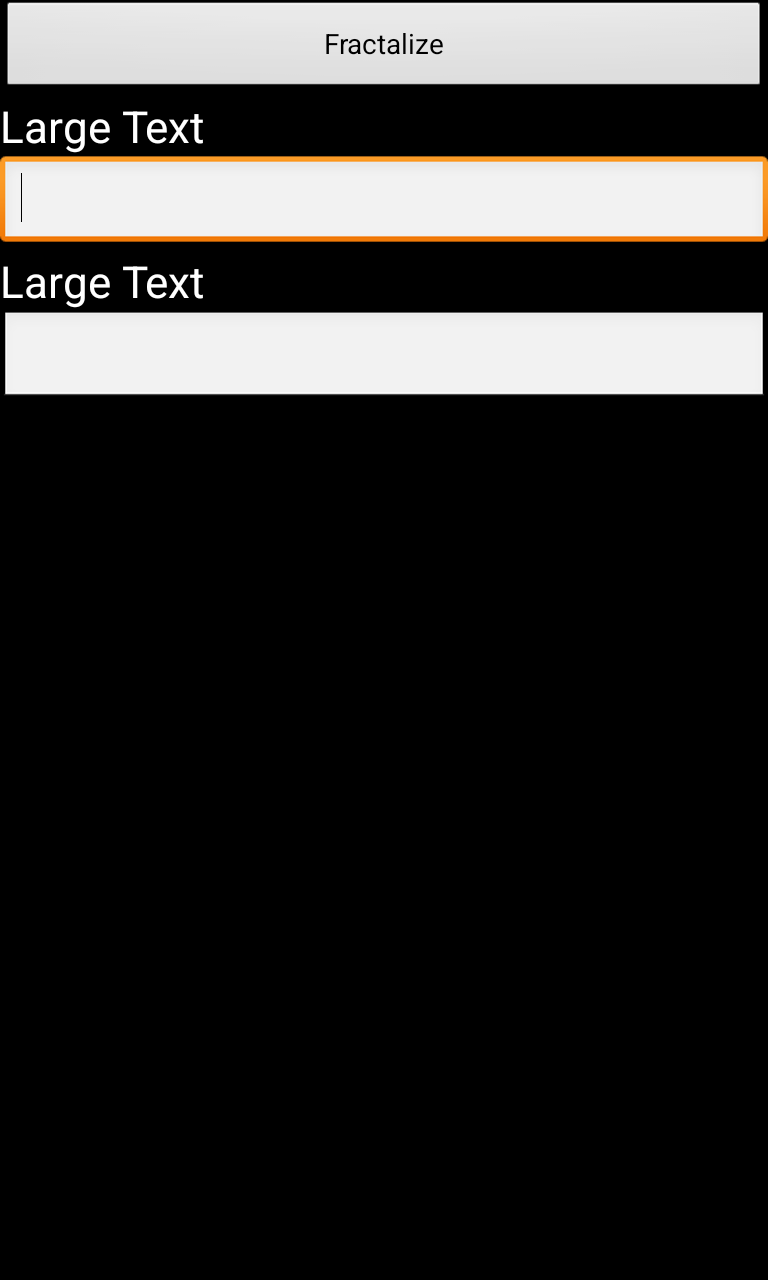
Repository: bobboau/INFO1-CE9705
Layout: mandelbrot/res/layout/main.xml
The author's editor kept a copy of each file at every save. The layout is drawn from the files as they stood at one save, then again after the next save.
It is drawn on a 768 x 1280 px phone screen (xhdpi) without system bars, with theme android:Theme; the app's code is not run.

Above is the layout before, as saved 2011-11-08 08:39:30.

### mandelbrot/res/layout/main.xml
<?xml version="1.0" encoding="utf-8"?>
<LinearLayout xmlns:android="http://schemas.android.com/apk/res/android"
    android:id="@+id/main_layout"
    android:layout_width="fill_parent"
    android:layout_height="fill_parent"
    android:orientation="vertical" >

    <LinearLayout
        android:id="@+id/linearLayout1"
        android:layout_width="fill_parent"
        android:layout_height="wrap_content"
        android:orientation="vertical" >

        <Button
            android:id="@+id/button1"
            android:layout_width="fill_parent"
            android:layout_height="wrap_content"
            android:text="@string/button_text" />

        <TextView
            android:id="@+id/textView1"
            android:layout_width="wrap_content"
            android:layout_height="wrap_content"
            android:text="Large Text"
            android:textAppearance="?android:attr/textAppearanceLarge" />

        <EditText
            android:id="@+id/editText1"
            android:layout_width="fill_parent"
            android:layout_height="wrap_content"
            android:inputType="number" >

            <requestFocus />
        </EditText>

        <TextView
            android:id="@+id/textView2"
            android:layout_width="wrap_content"
            android:layout_height="wrap_content"
            android:text="Large Text"
            android:textAppearance="?android:attr/textAppearanceLarge" />

        <EditText
            android:id="@+id/editText2"
            android:layout_width="fill_parent"
            android:layout_height="wrap_content"
            android:inputType="number" />

    </LinearLayout>

</LinearLayout>

### mandelbrot/res/values/strings.xml
<?xml version="1.0" encoding="utf-8"?>
<resources>
    <string name="app_name">Mandelbrot</string>
    <string name="button_text">Fractalize</string>
</resources>

After the next save:
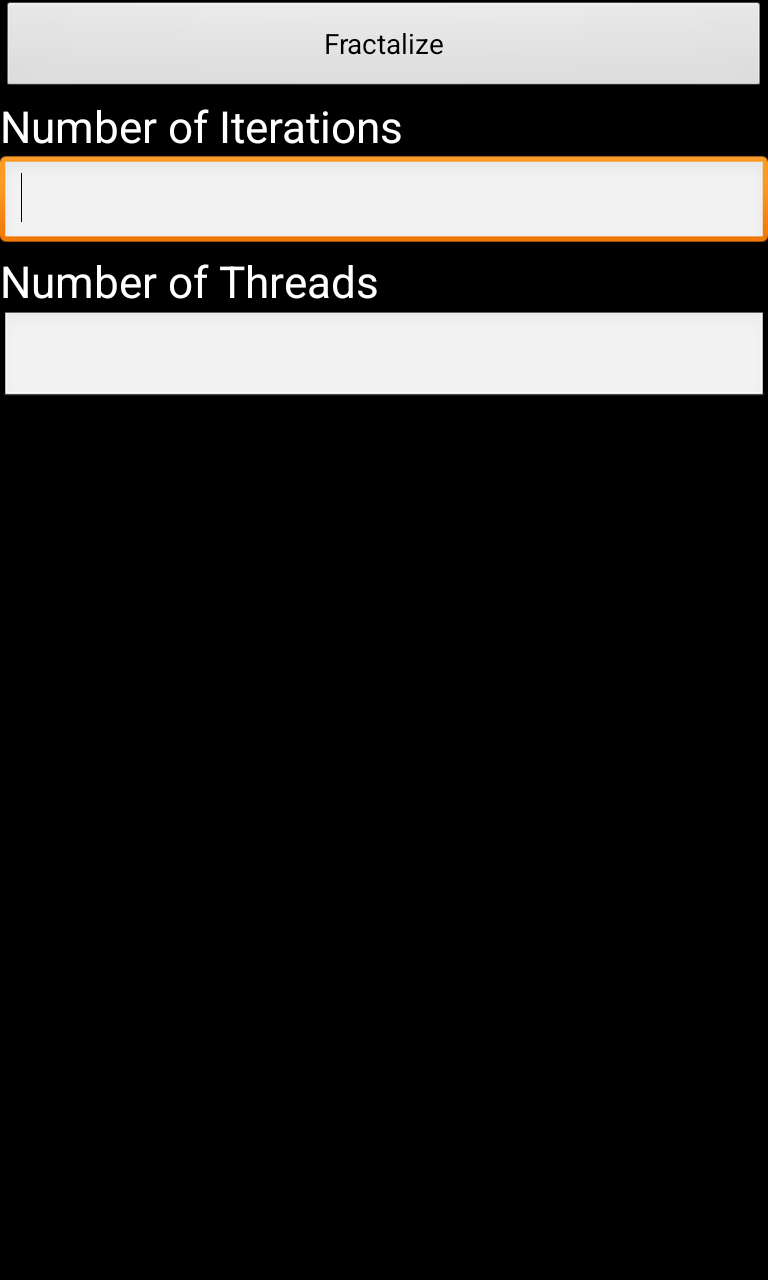
Saved 2 min 45 s later.
--- a/mandelbrot/res/layout/main.xml
+++ b/mandelbrot/res/layout/main.xml
@@ -21,11 +21,11 @@
             android:id="@+id/textView1"
             android:layout_width="wrap_content"
             android:layout_height="wrap_content"
-            android:text="Large Text"
+            android:text="@string/iteration_label"
             android:textAppearance="?android:attr/textAppearanceLarge" />
 
         <EditText
-            android:id="@+id/editText1"
+            android:id="@+id/iteration_control"
             android:layout_width="fill_parent"
             android:layout_height="wrap_content"
             android:inputType="number" >
@@ -37,11 +37,11 @@
             android:id="@+id/textView2"
             android:layout_width="wrap_content"
             android:layout_height="wrap_content"
-            android:text="Large Text"
+            android:text="@string/threads_label"
             android:textAppearance="?android:attr/textAppearanceLarge" />
 
         <EditText
-            android:id="@+id/editText2"
+            android:id="@+id/threads_control"
             android:layout_width="fill_parent"
             android:layout_height="wrap_content"
             android:inputType="number" />
--- a/mandelbrot/res/values/strings.xml
+++ b/mandelbrot/res/values/strings.xml
@@ -2,4 +2,6 @@
 <resources>
     <string name="app_name">Mandelbrot</string>
     <string name="button_text">Fractalize</string>
+    <string name="threads_label">Number of Threads</string>
+    <string name="iteration_label">Number of Iterations</string>
 </resources>
